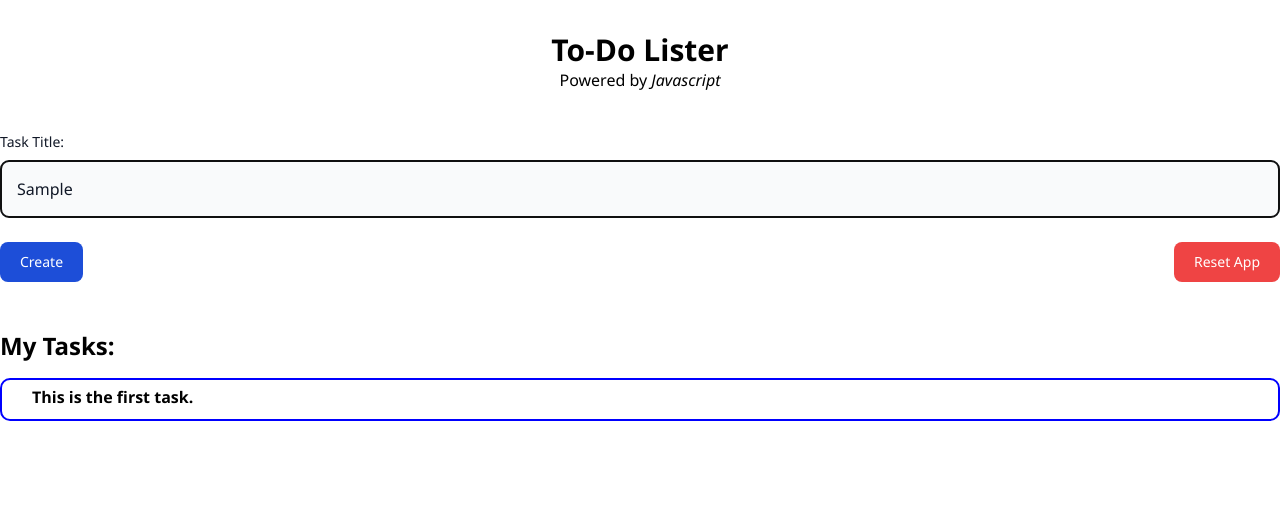
Repository: vxyux/to-do-lister
Page: index.html
The author's editor kept a copy of each file at every save. The page is drawn from the files as they stood at one save, then again after the next save.
The browser window is 1280 px wide. The pictures show the whole page.
Empty fields were first filled with sample values (such as "Sample", 5 or name@example.com).
After loading, the first visible `span` was clicked once.
Some web libraries are served in a nearby version.

Above is the page before, as saved 2023-09-05 15:17:50.
Console error: ReferenceError: controlTasks is not defined

### index.html
<!DOCTYPE html>
<html lang="en">
<head>
  <meta charset="UTF-8">
  <meta name="viewport" content="width=device-width, initial-scale=1.0">
  <title>Javascript To-Do Lister</title>
  <link rel="stylesheet" href="stylesheet.css">
  <script src="app.js"></script>
  <script src="https://cdn.tailwindcss.com"></script>
</head>
<body>

  <div class="container mx-auto">
    <div class="text-center mt-8">
      <h1 class="text-3xl font-bold">
        To-Do Lister
      </h1>
      <p>Powered by <i>Javascript</i></p>
    </div>

    <div class="mt-10">

      <div class="mb-6">
        <label for="userInput" class="block mb-2 text-sm font-medium text-gray-900 dark:text-white">
          Task Title:
        </label>
        <input type="text" id="userInput" autofocus class="block w-full p-4 text-gray-900 border border-gray-300 rounded-lg bg-gray-50 sm:text-md focus:ring-blue-500 focus:border-blue-500 dark:bg-gray-700 dark:border-gray-600 dark:placeholder-gray-400 dark:text-white dark:focus:ring-blue-500 dark:focus:border-blue-500">
      </div>

      <div class="grid grid-cols-2 gap-4">
        <span onclick="newTask()">
          <button type="submit" class="text-white bg-blue-700 hover:bg-blue-800 focus:ring-4 focus:ring-blue-300 font-medium rounded-lg text-sm px-5 py-2.5 mr-2 mb-2 dark:bg-blue-600 dark:hover:bg-blue-700 focus:outline-none dark:focus:ring-blue-800">
            Create
          </button>
        </span>

        <span onclick="resetApp()">
          <button type="submit" class="float-right text-white bg-red-500 hover:bg-red-700 focus:ring-4 focus:ring-blue-300 font-medium rounded-lg text-sm px-5 py-2.5 mb-2 dark:bg-red-600 dark:hover:bg-red-700 focus:outline-none dark:focus:ring-blue-800">
            Reset App
          </button>
        </span>
      </div>

    </div>

    <div class="mt-10">
      <h3 class="text-2xl mb-4 font-bold">My Tasks:</h3>
      <ul id="to-dos">
        <li class="task_item" id="1" onclick="completeTask(this.id)">
          This is the first task.
        </li>
      </ul>
    </div>

  </div>
</body>
</html>

### stylesheet.css
*
{
  font-family: 'Segoe UI', Tahoma, Geneva, Verdana, sans-serif;
}

.container {
  max-width: 500px;
}

.task_item {
  border-style: solid;
  border-width: 2px;
  border-color: blue;
  font-weight: bold; /* Making font bold */
  border-radius: 10px; /* Making border radius */
  width: auto; /* Making auto-sizable width */
  height: auto; /* Making auto-sizable height */
  padding: 5px 30px 10px 30px; /* Making space around letters */
  margin-bottom: 8px;

  transition: 250ms;
}

.task_item:hover {
  background-color: red;
  border-color: red;
  transition: 250ms;
}

### app.js
function newTask() {
  // get the data provided by the user from the input field
  var userInput = document.getElementById('userInput');
  let nextTaskId = controlTasks();

  if (IsEmpty(userInput)) {
    // not empty

    // define tag that creates a new element under the tag 'li'
    var tag = document.createElement('li');
    // adding class 'task_item', id as the next number, and onclick on the corresponding function to that tag.
    tag.classList.add('task_item');
    tag.setAttribute('id', nextTaskId);
    tag.setAttribute('onclick', 'completeTask(this.id)');

    // assign the userInput var with content
    var content = document.createTextNode(userInput.value);
    tag.appendChild(content); // make tag the content's parent

    // define the element tag with the to-dos list ul
    var element = document.getElementById('to-dos');

    // make element the tag's parent
    element.appendChild(tag);

    // create dynamic ids for the tasks created by the user
    let taskName = 'task-' + nextTaskId;

    // insert into the localstorage
    let newLocal = window.localStorage.setItem(
      taskName,
      userInput.value
    );

    let x = localStorage.getItem(taskName);

    console.log(nextTaskId);
  } else {
    // indeed empty
    alert('You must type something in before submitting!');
  }
}

function completeTask(task_id) {
  //remove it from front-end
  var completedTask = document.getElementById(task_id);
  completedTask.remove();

  let taskName = 'task-' + task_id;
  localStorage.removeItem(taskName);
}

// sees how many tasks are added in the 'ul' tag, then adds 1 accordingly.
function countTasks() {
  var element = document.getElementById('to-dos');
  var numberOfChildren = element.getElementsByTagName('*').length;

  return numberOfChildren + 1;
}

function resetApp() {
  localStorage.clear();
  location.reload();
}

function IsEmpty(input) {
  if (input.value === '') {
    return false;
  }
  return true;
}

After the next save:
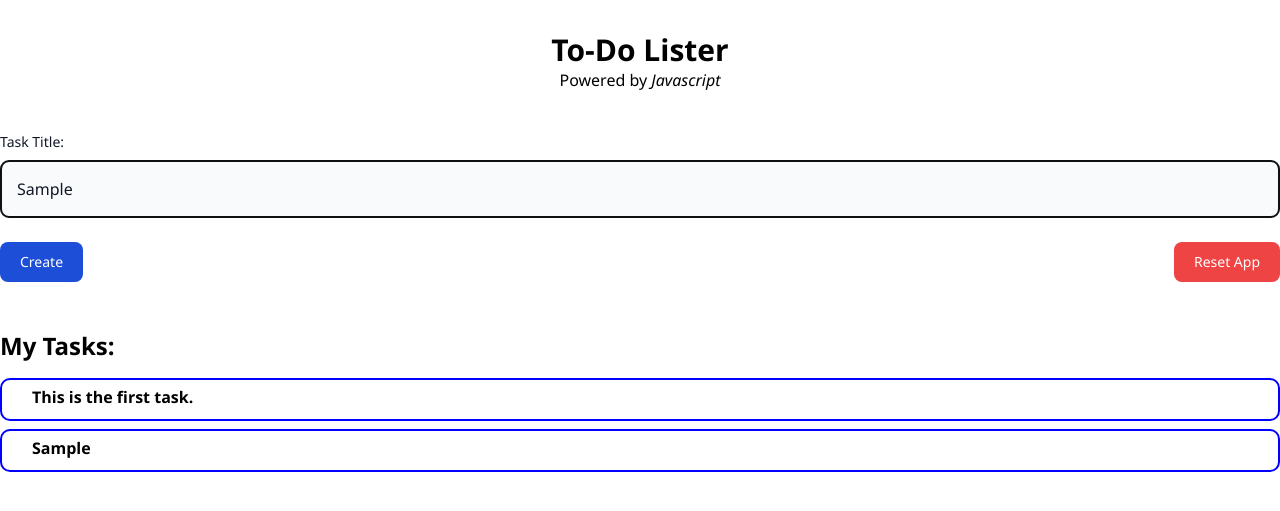
The error is gone.
Saved 4 s later.
--- a/app.js
+++ b/app.js
@@ -1,7 +1,7 @@
 function newTask() {
   // get the data provided by the user from the input field
   var userInput = document.getElementById('userInput');
-  let nextTaskId = controlTasks();
+  let nextTaskId = countTasks();
 
   if (IsEmpty(userInput)) {
     // not empty
